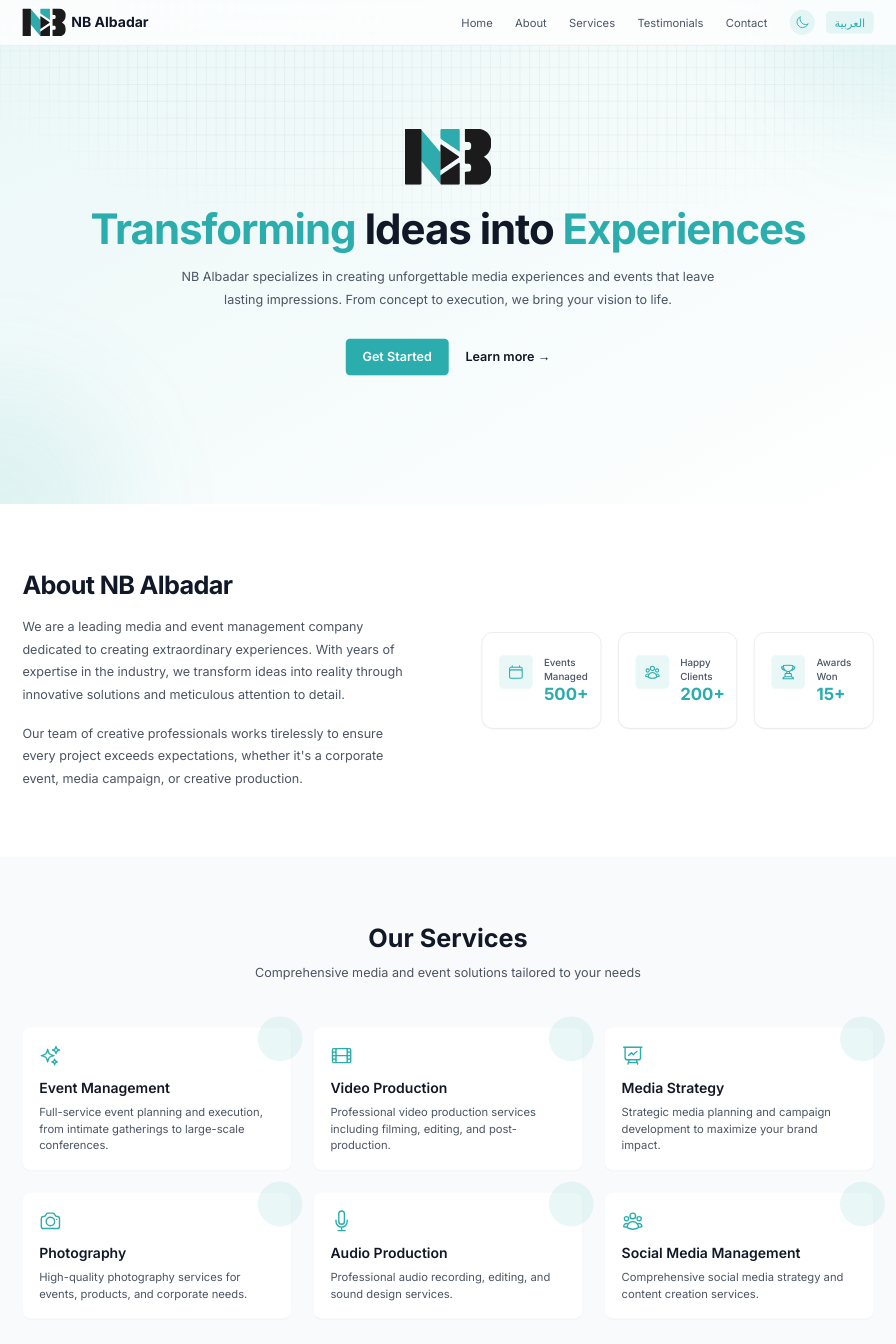
Repository: omartetano99/nb-albadr-website
Page: /
The author's editor kept a copy of each file at every save. The page is drawn from the files as they stood at one save, then again after the next save.
The browser window is 1280 px wide. The pictures show the part of the page from y = 0 to 1920 px (the page is 3710 px tall), at 70% of full size.
The project was rebuilt for these pictures with package versions that can differ from the ones it lists, and the page was loaded fresh each time. The framework's server and built-in components were replaced by stand-ins that run in the browser. Also part of the build but not shown: next.config.mjs.

Above is the page before, as saved 2025-01-31 17:08:14.

After the next save:
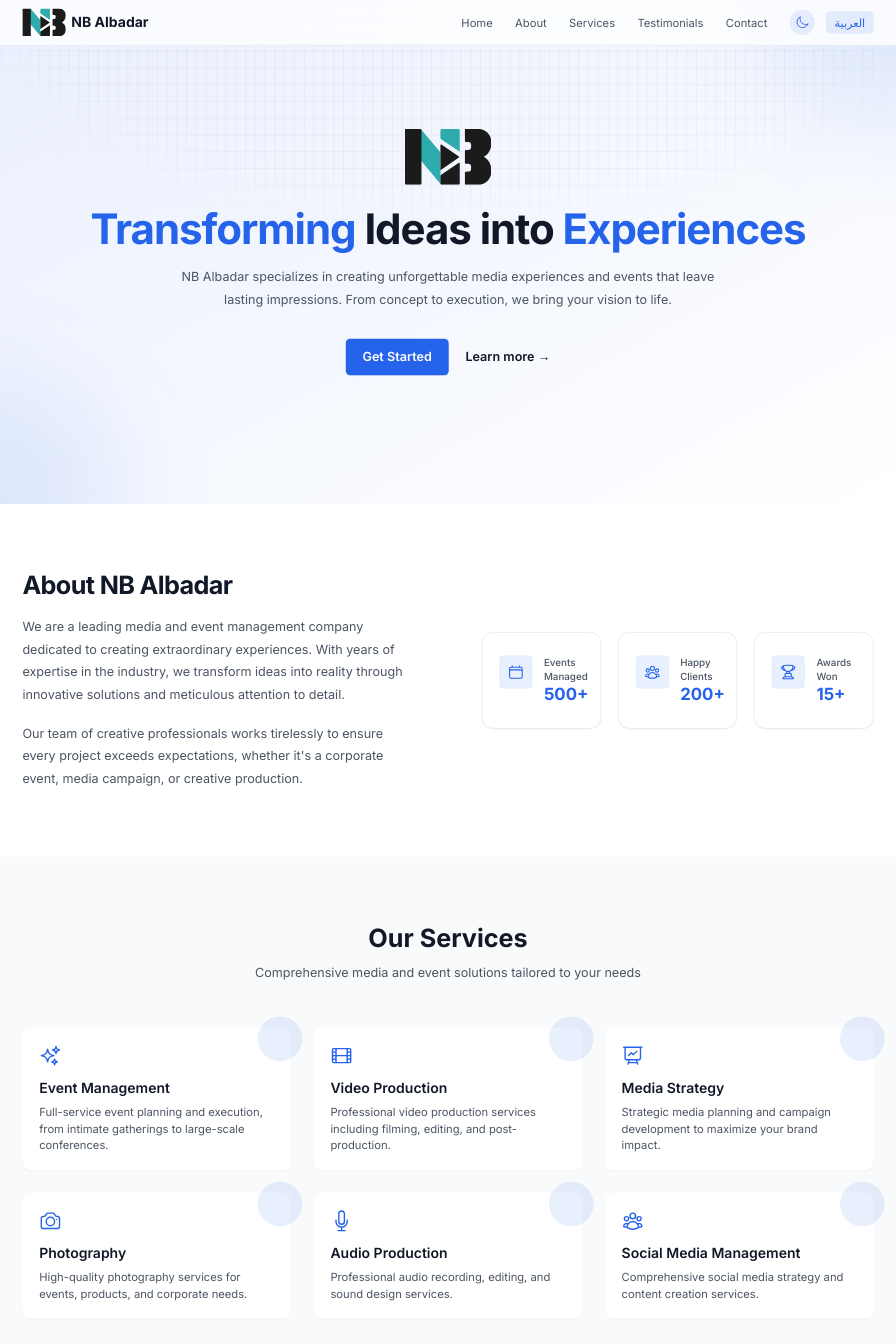
Saved 11 s later.
--- a/tailwind.config.ts
+++ b/tailwind.config.ts
@@ -11,16 +11,15 @@
     extend: {
       colors: {
         primary: {
-          DEFAULT: '#2CADAD',
-          light: '#33c2c2',
-          dark: '#259898',
+          DEFAULT: '#2563eb',
+          dark: '#1d4ed8',
         },
         background: "var(--background)",
         foreground: "var(--foreground)",
       },
       fontFamily: {
         sans: ['var(--font-inter)'],
-        arabic: ['var(--font-arabic)'],
+        arabic: ['var(--font-arabic)', 'IBM Plex Sans Arabic'],
       },
       animation: {
         'fade-in': 'fadeIn 0.5s ease-in-out',

After the 2 saves that followed:
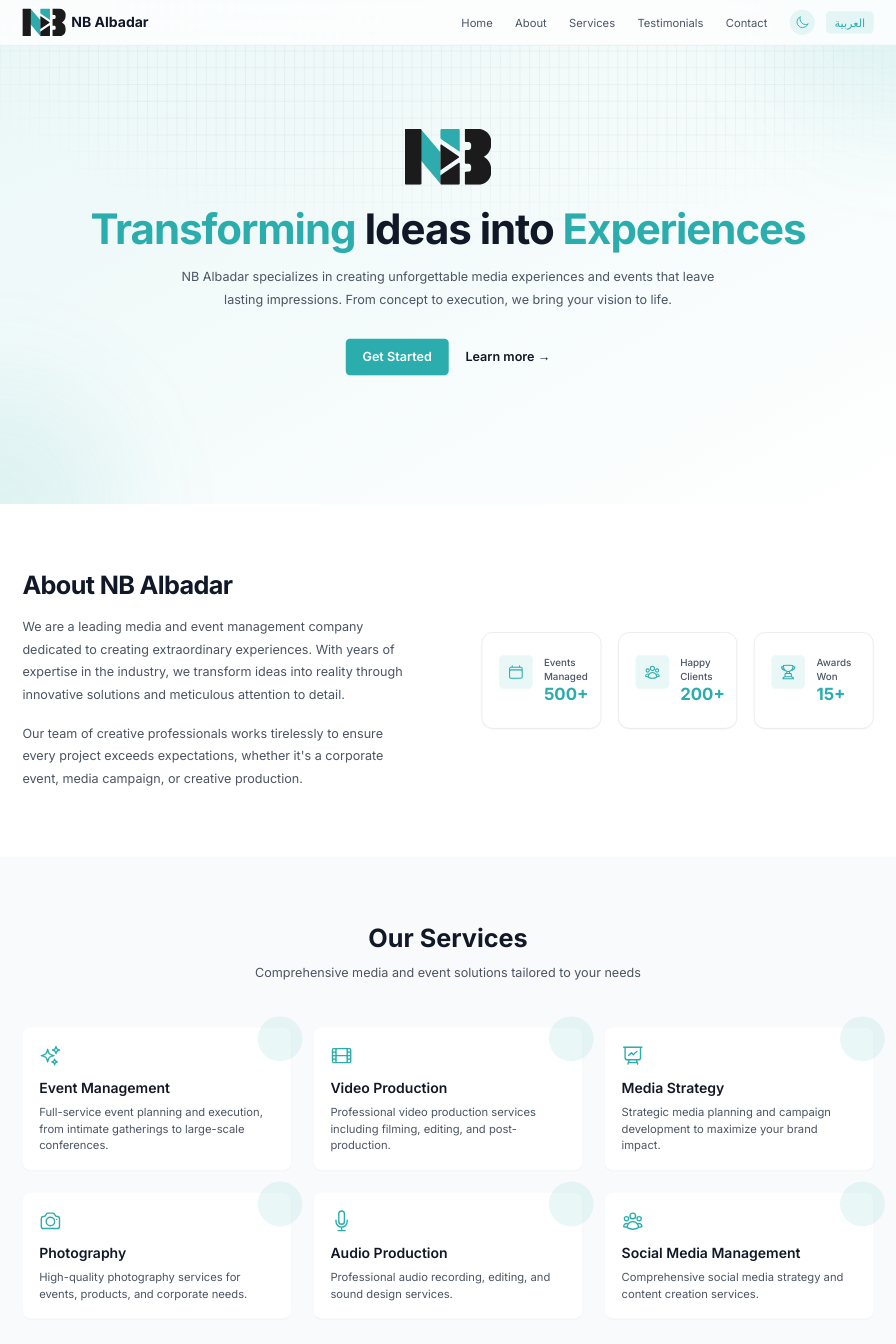
The 2 saves are shown as one change because 1 left the picture as it was.
The last was saved 49 s later.
--- a/src/app/layout.tsx
+++ b/src/app/layout.tsx
@@ -1,14 +1,12 @@
 import type { Metadata } from "next";
-import { Inter } from "next/font/google";
-import { IBM_Plex_Sans_Arabic } from "next/font/google";
+import { Inter, Noto_Sans_Arabic } from "next/font/google";
 import "./globals.css";
 import { ThemeProvider } from "@/components/ThemeProvider";
 import { LanguageProvider } from "@/context/LanguageContext";
 
 const inter = Inter({ subsets: ["latin"], variable: '--font-inter' });
-const ibmPlexSansArabic = IBM_Plex_Sans_Arabic({
+const notoSansArabic = Noto_Sans_Arabic({
   subsets: ["arabic"],
-  weight: ['100', '200', '300', '400', '500', '600', '700'],
   variable: '--font-arabic',
 });
 
@@ -24,7 +22,7 @@ export default function RootLayout({
 }) {
   return (
     <html lang="en" suppressHydrationWarning>
-      <body className={`${inter.variable} ${ibmPlexSansArabic.variable} font-sans antialiased`}>
+      <body className={`${inter.variable} ${notoSansArabic.variable} font-sans antialiased`}>
         <ThemeProvider
           attribute="class"
           defaultTheme="system"
--- a/src/components/About.tsx
+++ b/src/components/About.tsx
@@ -55,8 +55,6 @@ export function About() {
   const { language } = useLanguage()
   const t = content[language]
 
-  const arabicClass = language === 'ar' ? 'font-arabic font-medium tracking-normal' : ''
-
   return (
     <section className="py-24 overflow-hidden">
       <div className="max-w-7xl mx-auto px-4 sm:px-6 lg:px-8">
@@ -67,7 +65,7 @@ export function About() {
             viewport={{ once: true }}
             transition={{ duration: 0.5 }}
           >
-            <h2 className={`text-3xl font-bold tracking-tight text-gray-900 dark:text-white sm:text-4xl ${arabicClass}`}>
+            <h2 className={`text-3xl font-bold tracking-tight text-gray-900 dark:text-white sm:text-4xl ${language === 'ar' ? 'font-arabic' : ''}`}>
               {t.title}
             </h2>
             <motion.p
@@ -75,7 +73,7 @@ export function About() {
               whileInView={{ opacity: 1, y: 0 }}
               viewport={{ once: true }}
               transition={{ duration: 0.5, delay: 0.2 }}
-              className={`mt-6 text-lg leading-8 text-gray-600 dark:text-gray-300 ${arabicClass}`}
+              className={`mt-6 text-lg leading-8 text-gray-600 dark:text-gray-300 ${language === 'ar' ? 'font-arabic' : ''}`}
             >
               {t.description1}
             </motion.p>
@@ -84,7 +82,7 @@ export function About() {
               whileInView={{ opacity: 1, y: 0 }}
               viewport={{ once: true }}
               transition={{ duration: 0.5, delay: 0.3 }}
-              className={`mt-6 text-lg leading-8 text-gray-600 dark:text-gray-300 ${arabicClass}`}
+              className={`mt-6 text-lg leading-8 text-gray-600 dark:text-gray-300 ${language === 'ar' ? 'font-arabic' : ''}`}
             >
               {t.description2}
             </motion.p>
@@ -111,11 +109,11 @@ export function About() {
                         aria-hidden="true"
                       />
                     </div>
-                    <p className={`ml-16 text-sm font-medium text-gray-600 dark:text-gray-300 ${language === 'ar' ? 'font-arabic font-medium mr-16 ml-0 tracking-normal' : ''}`}>
+                    <p className={`ml-16 text-sm font-medium text-gray-600 dark:text-gray-300 ${language === 'ar' ? 'font-arabic mr-16 ml-0' : ''}`}>
                       {stat.label}
                     </p>
                   </dt>
-                  <dd className={`ml-16 text-2xl font-bold text-primary ${language === 'ar' ? 'font-arabic font-bold mr-16 ml-0 tracking-normal' : ''}`}>
+                  <dd className={`ml-16 text-2xl font-bold text-primary ${language === 'ar' ? 'mr-16 ml-0' : ''}`}>
                     {stat.value}
                   </dd>
                 </motion.div>
--- a/tailwind.config.ts
+++ b/tailwind.config.ts
@@ -11,15 +11,16 @@
     extend: {
       colors: {
         primary: {
-          DEFAULT: '#2563eb',
-          dark: '#1d4ed8',
+          DEFAULT: '#2CADAD',
+          light: '#33c2c2',
+          dark: '#259898',
         },
         background: "var(--background)",
         foreground: "var(--foreground)",
       },
       fontFamily: {
         sans: ['var(--font-inter)'],
-        arabic: ['var(--font-arabic)', 'IBM Plex Sans Arabic'],
+        arabic: ['var(--font-arabic)'],
       },
       animation: {
         'fade-in': 'fadeIn 0.5s ease-in-out',
